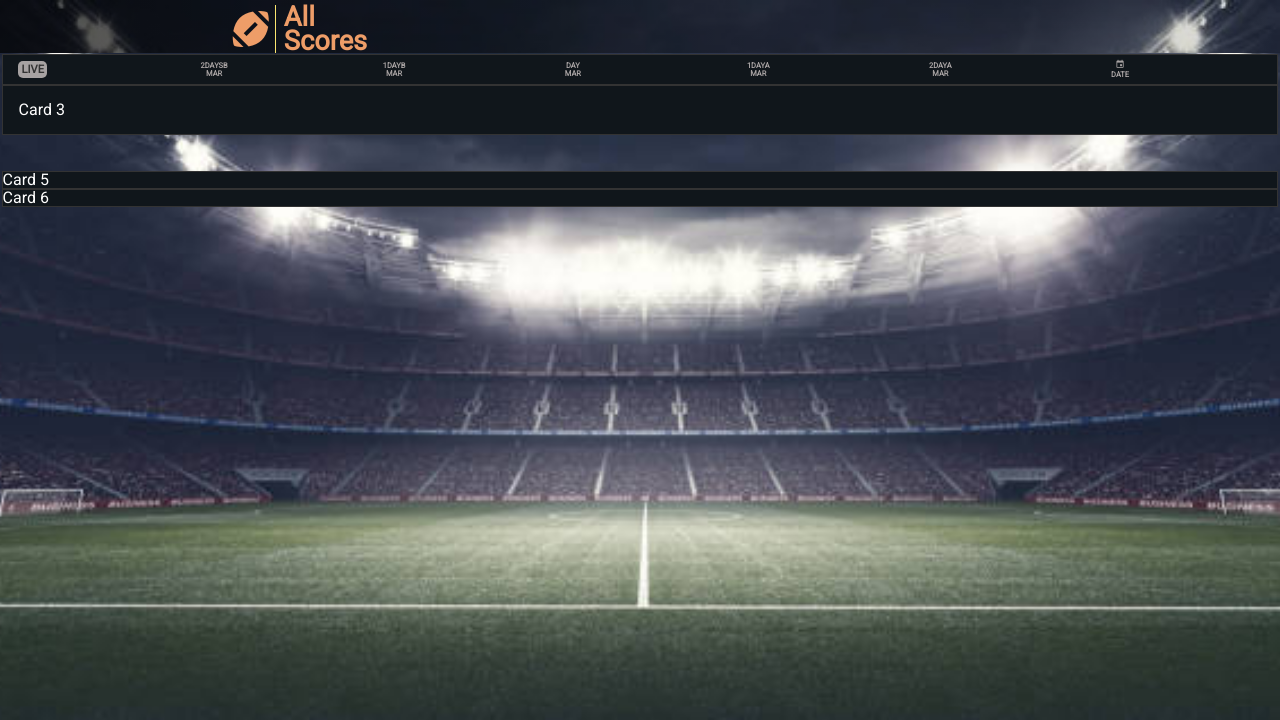
Repository: boomshakar/AllScores
Page: index.html
An editor plug-in stored every save of this project. The page is shown before and after the next save, followed by the edit.
The browser window is 1280 px wide. The pictures show the whole page.
The style sheet was rebuilt from its Sass, Less or Tailwind sources for each picture, by a compiler version that may differ from the author's.

Above is the page before, as saved 2021-03-30 13:14:32.

### index.html
<!DOCTYPE html>
<html lang="en">
  <head>
    <meta charset="UTF-8" />
    <meta http-equiv="X-UA-Compatible" content="IE=edge" />
    <meta name="viewport" content="width=device-width, initial-scale=1.0" />
    <title>All Scores</title>
    <link rel="stylesheet" href="css/main.css" />
    <link
      rel="stylesheet"
      href="https://fonts.googleapis.com/icon?family=Material+Icons"
    />
  </head>
  <body>
    <header>
      <a href="index.html" class="head-name__logo">
        <span class="material-icons md-48">sports_football</span>
        <h1>All<br />Scores</h1>
      </a>
      <ul class="head-name">
        <a href="index.html"
          ><li class="head-name__mob active">
            <span class="material-icons md-36">sports_soccer</span>
            <h3>Soccer</h3>
          </li></a
        >
        <a href="#"
          ><li class="head-name__mob">
            <span class="material-icons md-36">sports_basketball</span>
            <h3>Basket</h3>
          </li></a
        >
        <a href="#"
          ><li class="head-name__mob">
            <span class="material-icons md-36">golf_course</span>
            <h3>Golf</h3>
          </li></a
        >
        <a href="#"
          ><li class="head-name__mob">
            <span class="material-icons md-36">sports_tennis</span>
            <h3>Tennis</h3>
          </li></a
        >
      </ul>
      <div class="menu-btn">
        <span class="menu-btn__burger"></span>
      </div>
      <nav class="nav">
        <ul class="menu-nav">
          <div class="menu-nav__time">
            Lorem ipsum, dolor sit amet consectetur adipisicing elit. Qui
            quidem, dignissimos asperiores totam nesciunt laborum at consectetur
            nam temporibus ea.
          </div>
          <li class="menu-nav__item active">
            <a href="index.html" class="menu-nav__link">Soccer</a>
          </li>
          <li class="menu-nav__item">
            <a href="#" class="menu-nav__link">Basketball</a>
          </li>
          <li class="menu-nav__item">
            <a href="#" class="menu-nav__link">Tennis</a>
          </li>
          <li class="menu-nav__item">
            <a href="#" class="menu-nav__link">Hockey</a>
          </li>
          <li class="menu-nav__item">
            <a href="#" class="menu-nav__link">Golf</a>
          </li>
          <li class="menu-nav__item">
            <a href="#" class="menu-nav__link">Basketball</a>
          </li>
          <li class="menu-nav__item">
            <a href="#" class="menu-nav__link">Tennis</a>
          </li>
          <li class="menu-nav__item">
            <a href="#" class="menu-nav__link">Hockey</a>
          </li>
          <li class="menu-nav__item">
            <a href="#" class="menu-nav__link">Golf</a>
          </li>
          <li class="menu-nav__item">
            <a href="#" class="menu-nav__link">Basketball</a>
          </li>
          <li class="menu-nav__item">
            <a href="#" class="menu-nav__link">Tennis</a>
          </li>
          <li class="menu-nav__item">
            <a href="#" class="menu-nav__link">Hockey</a>
          </li>
          <li class="menu-nav__item">
            <a href="#" class="menu-nav__link">Golf</a>
          </li>
          <div class="menu-nav__foot">
            Lorem ipsum dolor sit amet consectetur adipisicing elit. Quisquam
            quod neque provident ex cumque adipisci, iusto, tempora quibusdam
            maxime, magni autem perferendis? Quibusdam, tenetur. Laudantium,
            velit reiciendis deleniti perferendis nesciunt vitae dolores itaque
            aut voluptas dolor veritatis. Optio ducimus consectetur nisi sequi,
            nesciunt id quis mollitia, laborum voluptates necessitatibus modi.
          </div>
        </ul>
      </nav>
    </header>
    <div class="grid-contain">
      <span class="card">
        <div class="date-select">
          <a href="#" class="date-select__link active"
            ><div class="date-select__match live-logo">
              <strong>live</strong>
            </div></a
          >
          <a href="#" class="date-select__link"
            ><div class="date-select__match">
              <h6>2daysB</h6>
              <h6>Mar</h6>
            </div></a
          >
          <a href="#" class="date-select__link"
            ><div class="date-select__match">
              <h6>1dayB</h6>
              <h6>Mar</h6>
            </div></a
          >
          <a href="#" class="date-select__link"
            ><div class="date-select__match">
              <h6>Day</h6>
              <h6>Mar</h6>
            </div></a
          >
          <a href="#" class="date-select__link"
            ><div class="date-select__match">
              <h6>1dayA</h6>
              <h6>Mar</h6>
            </div></a
          >
          <a href="#" class="date-select__link"
            ><div class="date-select__match">
              <h6>2dayA</h6>
              <h6>Mar</h6>
            </div></a
          >
          <a href="#" class="date-select__link"
            ><div class="date-select__match live-cal">
              <span class="material-icons"> event </span>
              <h6>Date</h6>
            </div></a
          >
        </div>
      </span>
      <div class="card">Card 2</div>
      <div class="card">Card 3</div>
      <div class="card">Card 4</div>
      <div class="card">Card 5</div>
      <div class="card">Card 6</div>
    </div>
  </body>
  <script src="main.js"></script>
</html>

### main.js
const menuBtn = document.querySelector(".menu-btn");
const menuBurger = document.querySelector(".menu-btn__burger");
const nav = document.querySelector(".nav");
const headName = document.querySelector(".head-name");
const menuNav = document.querySelector(".menu-nav");
const menuNavList = document.querySelectorAll(".menu-nav__item");

let menuOpen = false;

menuBtn.addEventListener("click", toggleMenu);

function toggleMenu() {
  if (!menuOpen) {
    menuBurger.classList.add("open");
    nav.classList.add("open");
    headName.classList.add("open");
    menuNav.classList.add("open");
    menuNavList.forEach((item) => item.classList.add("open"));

    menuOpen = true;
  } else {
    menuBurger.classList.remove("open");
    nav.classList.remove("open");
    headName.classList.remove("open");
    menuNav.classList.remove("open");
    menuNavList.forEach((item) => item.classList.remove("open"));

    menuOpen = false;
  }
}

### scss/main.scss
@import "config";
@import "menu";
@import "home";
@import "responsive";

body {
  position: relative;
  background: $primary-color;
  color: $text-color;
  height: 100vh;
  font-family: "Roboto", "Segoe UI", Tahoma, Verdana, sans-serif;
  line-height: 1;
  background: url(../img/stadium3.jpg);
  background-size: cover;
  background-repeat: no-repeat;
  background-position: center;
  background-attachment: fixed;
}

header {
  display: flex;
  z-index: 2;
  background: linear-gradient(to right, rgba(#000, 0.7), rgba(#000, 0.1)),
    url(../img/head.jpg);
  background-size: cover;
  background-repeat: no-repeat;
  position: fixed;
  width: 100vw;
  padding-top: 0.3rem;

  a {
    color: $secondary-color;
  }
}

### scss/_config.scss
$primary-color: #24303a;
$secondary-color: #ee9d68;
$text-color: #fae56f;
$text-color2: rgb(167, 162, 162);

* {
  box-sizing: border-box;
  margin: 0;
  padding: 0;
  outline: 0;
  list-style: none;
}
a {
  text-decoration: none;
}

@import url("https://fonts.googleapis.com/css2?family=Roboto&display=swap");

@mixin transition-mix {
  transition: all 0.5s ease-in-out;
}

@mixin media-xxsm {
  @media screen and (max-width: 313px) {
    @content;
    ul.head-name {
      visibility: hidden;
    }
  }
}

@mixin media-xsm {
  @media screen and (min-width: 314px) and (max-width: 359px) {
    @content;
  }
}

@mixin media-sm {
  @media screen and (min-width: 360px) and (max-width: 399px) {
    @content;
  }
}

@mixin media-smd {
  @media screen and (min-width: 400px) {
    @content;
  }
}

@mixin media-md {
  @media screen and (min-width: 500px) {
    @content;
  }
}

@mixin media-lg {
  @media screen and (min-width: 700px) {
    @content;
  }
}

@mixin media-xl {
  @media screen and (min-width: 1000px) {
    @content;
  }
}

### scss/_menu.scss
.menu-btn {
  position: fixed;
  z-index: 1;
  width: 28px;
  height: 20px;
  top: 0.8rem;
  right: 0.7rem;
  background: transparent;
  cursor: pointer;
  @include transition-mix;
  &__burger {
    position: absolute;
    width: 20px;
    height: 3px;
    right: 0.5rem;
    top: 0.5rem;
    background: pink;
    border-radius: 5px;
    @include transition-mix;

    &::before {
      content: "";
      position: absolute;
      width: 28px;
      height: 3px;
      top: -8px;
      background: $text-color;
      border-radius: 5px;
      @include transition-mix;
    }

    &::after {
      content: "";
      position: absolute;
      width: 28px;
      height: 3px;
      top: 8px;
      background: $text-color;
      border-radius: 5px;
      @include transition-mix;
    }

    &.open {
      transform: rotate(720deg);
      background: transparent;

      &::before {
        transform: rotate(45deg) translate(5px, 8px);
        background: $secondary-color;
      }
      &::after {
        transform: rotate(-45deg) translate(3px, -7px);
        background: $secondary-color;
      }
    }
  }
}
nav {
  position: fixed;
  top: 0;
  left: 0;
  width: 100vw;
  visibility: hidden;
  &.open {
    visibility: visible;
  }
}

.menu-nav {
  display: grid;
  grid-template-columns: 1fr;
  grid-template-rows: 1fr;
  width: 100vw;
  height: 100vh;
  top: 50px;
  left: 0;
  right: 0;
  bottom: 0;
  overflow-y: scroll;
  overflow-x: hidden;
  background: $primary-color;
  opacity: 0.97;
  transform: translateY(-100%);
  @include transition-mix;

  &.open {
    transform: translateY(0);
  }
  &__time {
    padding: 1.5rem 1.5rem 1rem 1.5rem;
    line-height: 1.2;
    font-size: 12px;
  }

  &__item {
    transform: translateX(100vw);
    border-bottom: 1px solid rgb(102, 96, 96);
    @include transition-mix;
    &:nth-of-type(1) {
      border-top: 1px solid rgb(102, 96, 96);
    }
    &.open {
      transform: translateX(0);
    }
    &.active > a {
      color: $secondary-color;
    }
  }

  &__link {
    display: grid;
    font-size: 1.1rem;
    padding: 0.7rem 0;
    font-weight: 600;
    text-transform: uppercase;
    text-align: center;
    color: rgb(167, 162, 162);
    @include transition-mix;

    &:hover {
      color: $secondary-color;
    }
  }

  &__foot {
    padding: 2rem 1.5rem 200px 1.5rem;
    font-size: 12px;
  }
}

@for $f from 1 through 14 {
  .menu-nav__item:nth-child(#{$f}) {
    transition-delay: ($f * 0.1s) + 0.05s;
  }
}

### scss/_home.scss
.grid-contain {
  padding: 3.4rem 0.1rem 1.5rem 0.1rem;
  display: grid;
  grid-template-columns: 1fr;
  grid-template-rows: repeat(auto-fit, minmax(10px, 1fr));

  .card {
    background: darken($primary-color, 10%);
    border: 1px solid #333;
    color: #fff;

    &:nth-child(1) {
      //date selector
      grid-column: 1 / 1;
      grid-row: 1/ 2;
      .date-select {
        display: flex;
        flex-direction: row;
        justify-content: space-around;

        &__link {
          color: $text-color2;
          padding: 0.3rem 0.5rem;
          text-transform: uppercase;
          text-align: center;
          align-content: center;
          justify-self: center;
          width: 13vw;
          &:nth-child(1) > .live-logo {
            color: #333;
            background: $text-color2;
            border-radius: 5px;
            padding: 3px;
            width: max-content;
          }
        }
        &__match {
          font-size: 0.7rem;
          width: max-content;
          .material-icons {
            font-size: 0.6rem;
            width: max-content;
          }
        }
      }
    }

    &:nth-child(2) {
      //left side
      grid-column: 1;
      grid-row: 3 / 4;
      visibility: hidden;
    }

    &:nth-child(3) {
      //main menu
      grid-column: 1;
      grid-row: 2 / 3;
      padding: 1rem;
    }

    &:nth-child(4) {
      //right side
      grid-column: 1;
      grid-row: 4 / 5;
      visibility: hidden;
    }

    &:nth-child(5) {
      //stciky ad below
      grid-column: 1;
      grid-row: 5 / 6;
    }

    &:nth-child(6) {
      //footer
      grid-column: 1;
      grid-row: 6 / 7;
    }
  }
}

### scss/_responsive.scss
@include media-xxsm {
  header {
    height: 2.8rem;
    justify-content: space-between;
    .head-name__logo {
      display: flex;
      flex-direction: row;
      cursor: pointer;
      &:hover > .material-icons {
        color: $text-color;
      }

      .material-icons {
        font-size: 2.5rem;
        align-items: center;
        cursor: pointer;
        @include transition-mix;
      }
      h1 {
        font-weight: 800;
        border-left: 1px solid $text-color;
        line-height: 1.3rem;
        padding: 0 0.5rem;
        font-size: 1.1rem;
        cursor: pointer;
      }
    }
  }
}

@include media-xsm {
  header {
    justify-content: space-between;
    .head-name__logo {
      display: flex;
      flex-direction: row;
      cursor: pointer;
      height: 2.5rem;
      &:hover > .material-icons {
        color: $text-color;
      }

      .material-icons {
        font-size: 2.5rem;
        align-items: center;
        cursor: pointer;
        @include transition-mix;
      }
      h1 {
        font-weight: 800;
        border-left: 1px solid $text-color;
        line-height: 1.3rem;
        padding: 0 0.5rem;
        font-size: 1.1rem;
        cursor: pointer;
      }
    }
    ul.head-name {
      display: flex;
      flex-direction: row;
      margin-right: 2rem;
      &.open {
        visibility: hidden;
      }

      .head-name__mob {
        border-left: 1px solid $text-color2;
        padding: 0 0.2rem;
        text-align: center;
        width: 3rem;
        @include transition-mix;
        &.active {
          background: linear-gradient(
            to right,
            rgba(#fff, 0.3),
            rgba(#fff, 0.1)
          );
          color: $text-color;
          border-radius: 5px;
          border-left: 1px solid $text-color;
        }
        &:hover > .material-icons {
          color: $text-color;
        }
      }
      .material-icons {
        font-size: 1.3rem;
        cursor: pointer;
        @include transition-mix;
      }
      h3 {
        font-size: 0.7rem;
      }
    }
    .menu-btn {
      right: -0.3rem;
    }
  }
}

@include media-sm {
  header {
    justify-content: space-between;
    .head-name__logo {
      display: flex;
      flex-direction: row;
      cursor: pointer;
      height: 2.5rem;
      &:hover > .material-icons {
        color: $text-color;
      }

      .material-icons {
        font-size: 2.5rem;
        align-items: center;
        cursor: pointer;
        @include transition-mix;
      }
      h1 {
        font-weight: 800;
        border-left: 1px solid $text-color;
        line-height: 1.3rem;
        padding: 0 0.5rem;
        font-size: 1.1rem;
        cursor: pointer;
      }
    }
    ul.head-name {
      display: flex;
      flex-direction: row;
      margin-right: 2rem;
      &.open {
        visibility: hidden;
      }

      .head-name__mob {
        border-left: 1px solid $text-color2;
        padding: 0 0.5rem;
        text-align: center;
        width: 3.3rem;
        &.active {
          background: linear-gradient(
            to right,
            rgba(#fff, 0.3),
            rgba(#fff, 0.1)
          );
          color: $text-color;
          border-radius: 5px;
          border-left: 1px solid $text-color;
        }
        &:hover > .material-icons {
          color: $text-color;
        }
      }
      .material-icons {
        font-size: 1.3rem;
        cursor: pointer;
        @include transition-mix;
      }
      h3 {
        font-size: 0.8rem;
      }
    }
    .menu-btn {
      right: 0.3rem;
    }
  }
}

@include media-smd {
  header {
    justify-content: space-between;
    .head-name__logo {
      display: flex;
      flex-direction: row;
      cursor: pointer;
      &:hover > .material-icons {
        color: $text-color;
      }

      .material-icons {
        font-size: 3rem;
        align-items: center;
        cursor: pointer;
        @include transition-mix;
      }
      h1 {
        font-weight: 800;
        border-left: 1px solid $text-color;
        line-height: 1.5rem;
        padding: 0 0.5rem;
        font-size: 1.4rem;
        cursor: pointer;
      }
    }
    ul.head-name {
      display: flex;
      flex-direction: row;
      margin-right: 2rem;
      &.open {
        visibility: hidden;
      }

      .head-name__mob {
        border-left: 1px solid $text-color2;
        padding: 0 0.3rem;
        text-align: center;
        width: 3.4rem;
        @include transition-mix;
        &.active {
          background: linear-gradient(
            to right,
            rgba(#fff, 0.3),
            rgba(#fff, 0.1)
          );
          color: $text-color;
          border-radius: 5px;
          border-left: 1px solid $text-color;
        }
        &:hover > .material-icons {
          color: $text-color;
        }
      }
      .material-icons {
        font-size: 1.7rem;
        cursor: pointer;
        @include transition-mix;
      }
      h3 {
        font-size: 0.8rem;
      }
    }
    .menu-btn {
      top: 1.2rem;
      right: 0.4rem;
    }
  }
}

@include media-md {
  header {
    justify-content: space-between;
    .head-name__logo {
      display: flex;
      flex-direction: row;
      cursor: pointer;
      &:hover > .material-icons {
        color: $text-color;
      }

      .material-icons {
        font-size: 3rem;
        align-items: center;
        cursor: pointer;
        @include transition-mix;
      }
      h1 {
        font-weight: 800;
        border-left: 1px solid $text-color;
        line-height: 1.5rem;
        padding: 0 0.5rem;
        font-size: 1.7rem;
        cursor: pointer;
      }
    }
    ul.head-name {
      display: flex;
      flex-direction: row;
      margin-right: 5rem;
      &.open {
        visibility: hidden;
      }

      .head-name__mob {
        border-left: 1px solid $text-color2;
        padding: 0 0.5rem;
        text-align: center;
        width: 3.8rem;
        @include transition-mix;
        &.active {
          background: linear-gradient(
            to right,
            rgba(#fff, 0.3),
            rgba(#fff, 0.1)
          );
          color: $text-color;
          border-radius: 5px;
          border-left: 1px solid $text-color;
        }
        &:hover > .material-icons {
          color: $text-color;
        }
      }
      .material-icons {
        font-size: 1.7rem;
        cursor: pointer;
        @include transition-mix;
      }
      h3 {
        font-size: 0.8rem;
      }
    }
  }
}

@include media-lg {
  header {
    justify-content: space-evenly;
    .head-name__logo {
      display: flex;
      flex-direction: row;
      cursor: pointer;
      margin-right: 8rem;
      &:hover > .material-icons {
        color: $text-color;
      }

      .material-icons {
        font-size: 3rem;
        align-items: center;
        cursor: pointer;
        @include transition-mix;
      }
      h1 {
        font-weight: 800;
        border-left: 1px solid $text-color;
        line-height: 1.5rem;
        padding: 0 0.5rem;
        font-size: 1.7rem;
        cursor: pointer;
      }
    }
    ul.head-name {
      display: flex;
      flex-direction: row;
      &.open {
        visibility: hidden;
      }

      .head-name__mob {
        border-left: 1px solid $text-color2;
        padding: 0 0.3rem;
        text-align: center;
        width: 3.8rem;
        &.active {
          background: linear-gradient(
            to right,
            rgba(#fff, 0.3),
            rgba(#fff, 0.1)
          );
          color: $text-color;
          border-radius: 5px;
          border-left: 1px solid $text-color;
        }
        &:hover > .material-icons {
          color: $text-color;
        }
      }
      .material-icons {
        font-size: 1.7rem;
        cursor: pointer;
        @include transition-mix;
      }
      h3 {
        font-size: 0.8rem;
      }
    }
    .menu-btn {
      visibility: hidden;
    }
  }
}

@include media-xl {
  header {
    justify-content: space-evenly;
    .head-name__logo {
      display: flex;
      flex-direction: row;
      cursor: pointer;
      margin-right: 8rem;
      &:hover > .material-icons {
        color: $text-color;
      }

      .material-icons {
        font-size: 3rem;
        align-items: center;
        cursor: pointer;
        @include transition-mix;
      }
      h1 {
        font-weight: 800;
        border-left: 1px solid $text-color;
        line-height: 1.5rem;
        padding: 0 0.5rem;
        font-size: 1.7rem;
        cursor: pointer;
      }
    }
    ul.head-name {
      display: flex;
      flex-direction: row;
      &.open {
        visibility: hidden;
      }

      .head-name__mob {
        border-left: 1px solid $text-color2;
        padding: 0 0.3rem;
        text-align: center;
        width: 3.8rem;
        &.active {
          background: linear-gradient(
            to right,
            rgba(#fff, 0.3),
            rgba(#fff, 0.1)
          );
          color: $text-color;
          border-radius: 5px;
          border-left: 1px solid $text-color;
        }
        &:hover > .material-icons {
          color: $text-color;
        }
      }
      .material-icons {
        font-size: 1.7rem;
        cursor: pointer;
        @include transition-mix;
      }
      h3 {
        font-size: 0.8rem;
      }
    }
  }
}

After the next save:
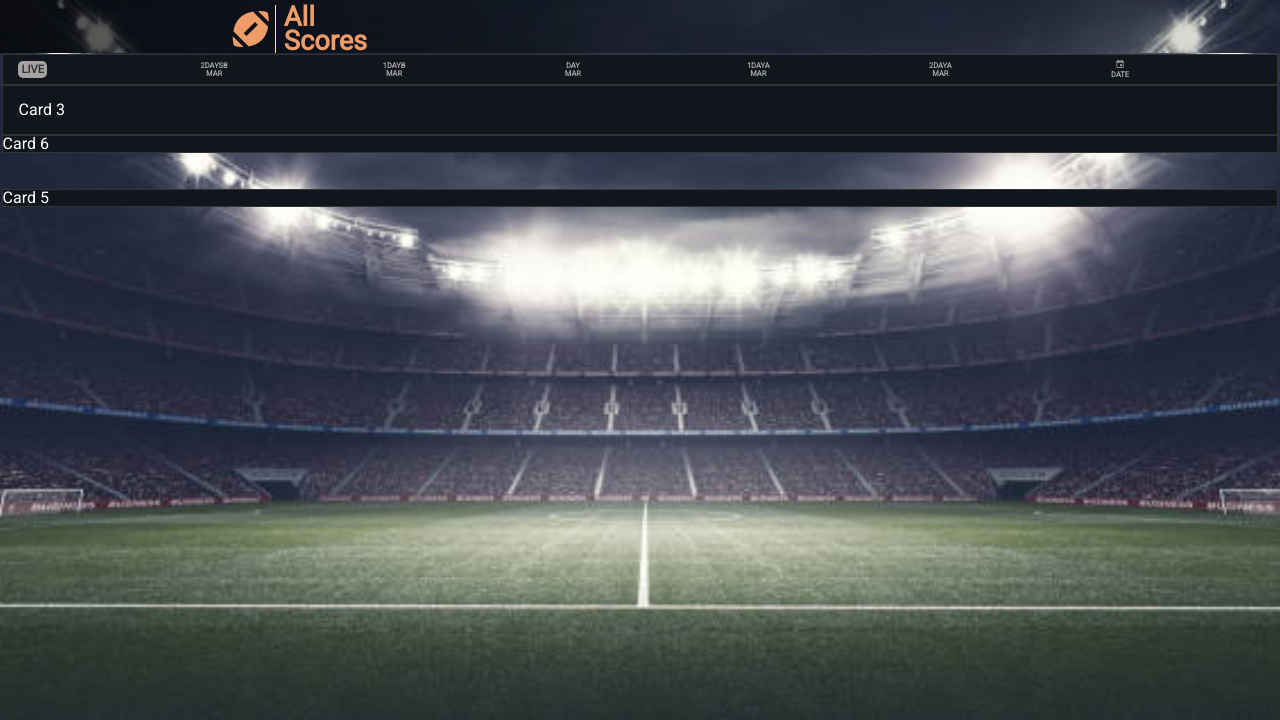
Saved 81 s later.
--- a/scss/_home.scss
+++ b/scss/_home.scss
@@ -47,8 +47,8 @@
 
     &:nth-child(2) {
       //left side
-      grid-column: 1;
-      grid-row: 3 / 4;
+      // grid-column: 1;
+      // grid-row: 3 / 4;
       visibility: hidden;
     }
 
@@ -61,21 +61,21 @@
 
     &:nth-child(4) {
       //right side
-      grid-column: 1;
-      grid-row: 4 / 5;
+      // grid-column: 1;
+      // grid-row: 4 / 5;
       visibility: hidden;
     }
 
     &:nth-child(5) {
       //stciky ad below
-      grid-column: 1;
-      grid-row: 5 / 6;
+      // grid-column: 1;
+      // grid-row: 3 / 4;
     }
 
     &:nth-child(6) {
       //footer
       grid-column: 1;
-      grid-row: 6 / 7;
+      grid-row: 3 / 4;
     }
   }
 }
